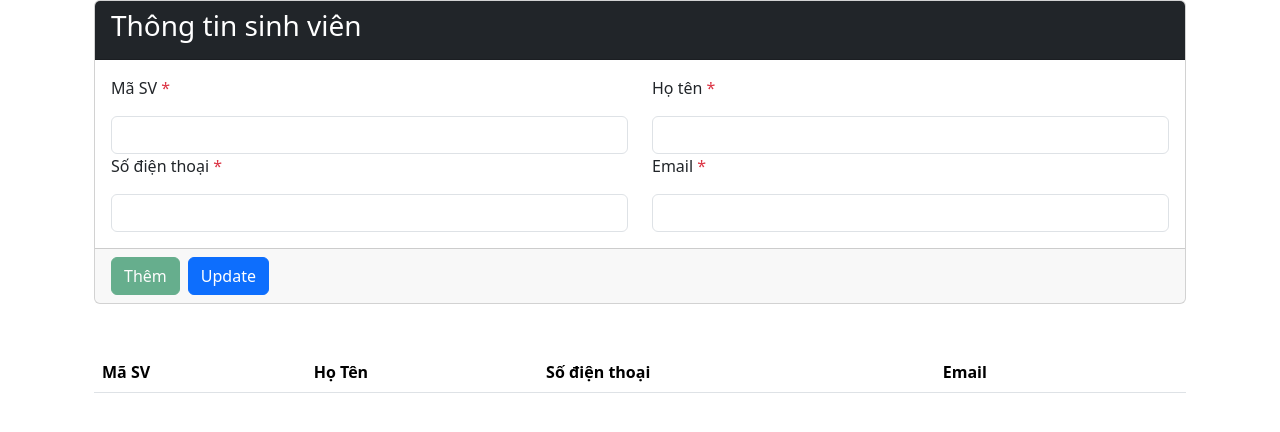
Repository: KhoiNguyen77/BT_REACT_FORM
Page: /
These files come from the project's save history. The page is drawn as it stood at one moment and after the next save; the edit follows.
The browser window is 1280 px wide. The pictures show the whole page.
The project was rebuilt for these pictures with package versions that can differ from the ones it lists, and the page was loaded fresh each time.

Above is the page before, as saved 2023-05-27 19:05:03.

After the next save:
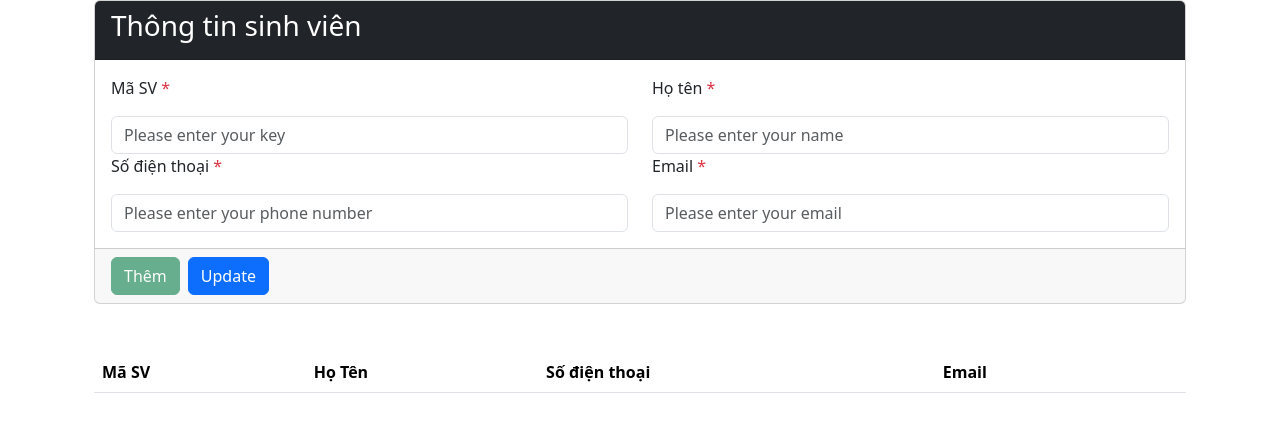
Saved 4 min 20 s later.
--- a/src/FormComponent/InputField.jsx
+++ b/src/FormComponent/InputField.jsx
@@ -109,21 +109,21 @@ export default class InputField extends PureComponent {
                         <div className="row">
                             <div className="col-6">
                                 <p className='d-inline-block'>Mã SV</p> <span className='text-danger'>{this.state.errors.key}</span>
-                                <input type="number" id='key' uniqe="id" min-maxLength="[3,5]" data-type="number" className='form-control' onInput={this.handleInput} />
+                                <input type="number" id='key' uniqe="id" min-maxLength="[3,5]" data-type="number" className='form-control' onInput={this.handleInput} placeholder='Please enter your key' />
                             </div>
                             <div className="col-6">
                                 <p className='d-inline-block' >Họ tên</p> <span className='text-danger'>{this.state.errors.name}</span>
-                                <input type="text" id='name' data-type="letter" className='form-control' onInput={this.handleInput} />
+                                <input type="text" id='name' data-type="letter" className='form-control' onInput={this.handleInput} placeholder='Please enter your name' />
                             </div>
                         </div>
                         <div className="row">
                             <div className="col-6">
                                 <p className='d-inline-block'>Số điện thoại</p> <span className='text-danger'>{this.state.errors.phoneNumber}</span>
-                                <input type="number" id='phoneNumber' className='form-control' min-maxLength="[8,10]" data-type="number" onInput={this.handleInput} />
+                                <input type="number" id='phoneNumber' className='form-control' min-maxLength="[8,10]" data-type="number" onInput={this.handleInput} placeholder='Please enter your phone number'/>
                             </div>
                             <div className="col-6">
                                 <p className='d-inline-block'>Email</p> <span className='text-danger'>{this.state.errors.email}</span>
-                                <input type="email" id='email' className='form-control' onInput={this.handleInput} data-type="email" />
+                                <input type="email" id='email' className='form-control' onInput={this.handleInput} data-type="email" placeholder='Please enter your email'/>
                             </div>
                         </div>
                     </div>
